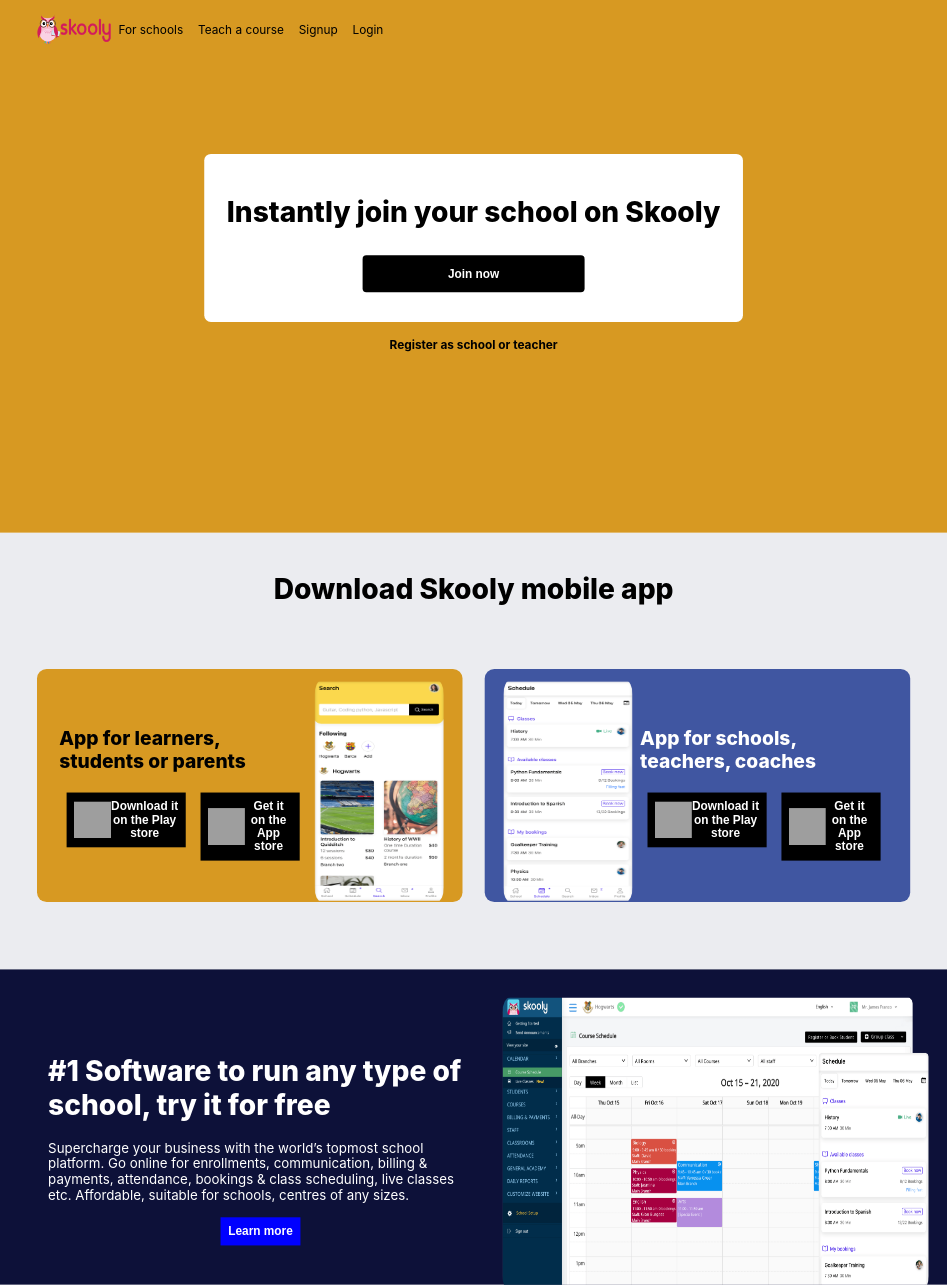
Repository: akankshaajoshi/Skooly-Clone
Page: /
These files come from the project's save history. The page is drawn as it stood at one moment and after the next save; the edit follows.
The browser window is 1280 px wide. The pictures show the whole page, at 74% of full size.
Pictures or frames that could not be fetched are drawn as grey boxes. The project was rebuilt for these pictures with package versions that can differ from the ones it lists, and the page was loaded fresh each time. Also part of the build but not shown: craco.config.js.

Above is the page before, as saved 2023-09-14 20:44:24.

After the next save:
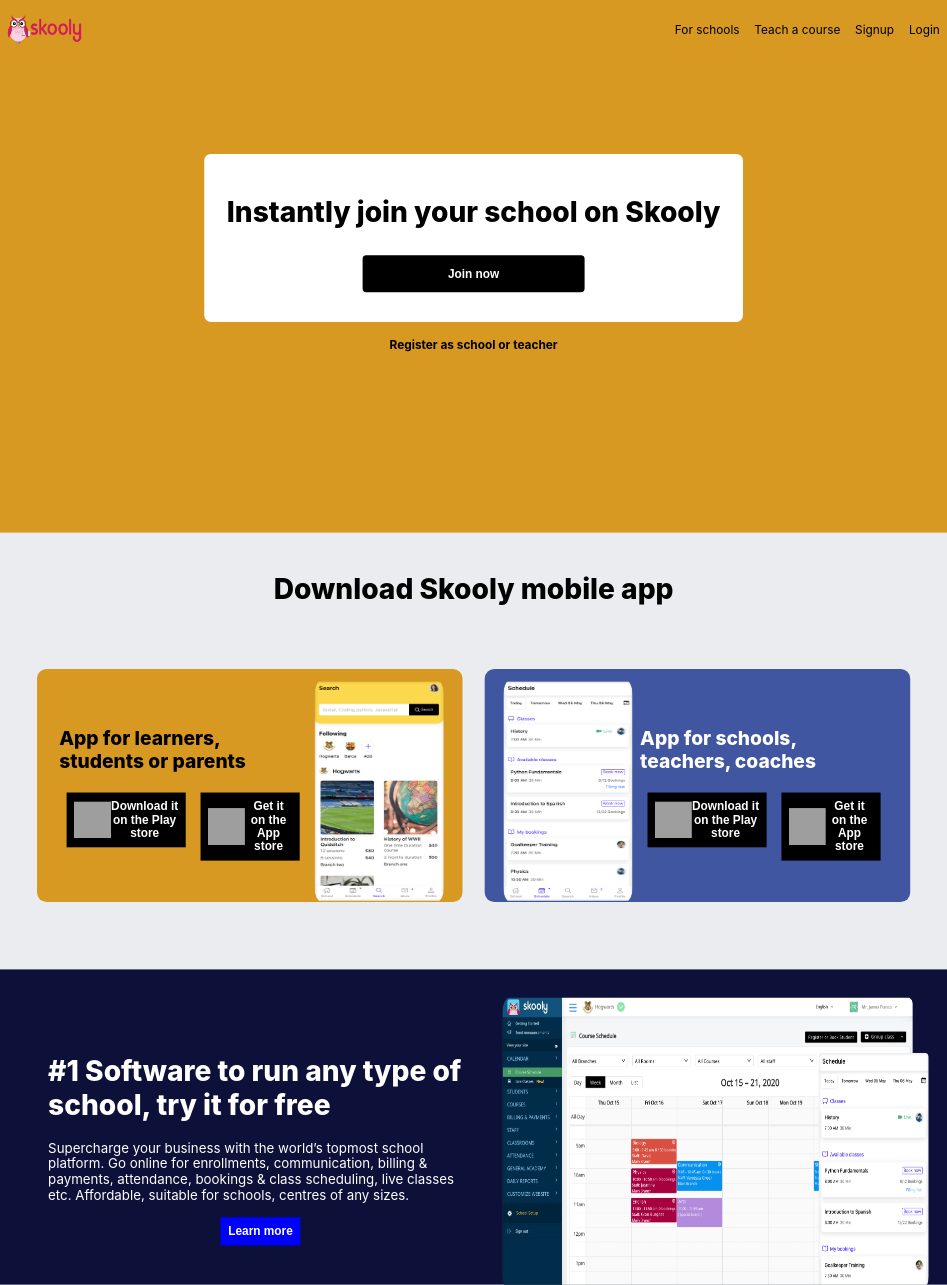
Saved 55 s later.
--- a/src/components/shared/Navbar/index.js
+++ b/src/components/shared/Navbar/index.js
@@ -15,8 +15,9 @@
 const NavLeft = styled.div`
   display: flex;
   align-items: center;
-  flex-direction: row;
-  padding: 10px 0px 10px 50px;
+  flex: 1;
+  padding: 10px;
+  justify-content: flex-start;
 `;
 
 const NavRight = styled.div`
